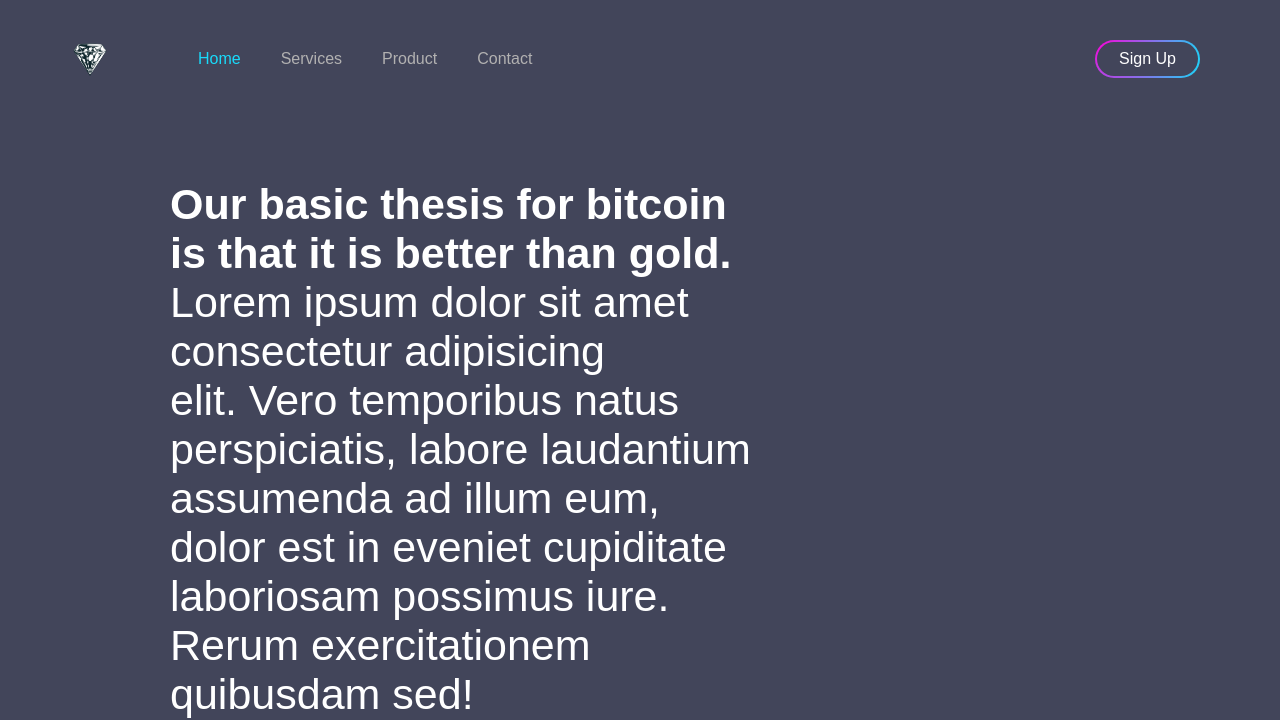
Repository: Aakarshit-Sharma19/Basic-HTML-and-CSS-Page-
Page: index.html
An editor plug-in stored every save of this project. The page is shown before and after the next save, followed by the edit.
The browser window is 1280 px wide. The pictures show the whole page.

Above is the page before, as saved 2020-11-10 15:26:52.

### index.html
<!DOCTYPE html>
<html lang="en">

<head>
    <title>Crypto Currency Web App - Easy Tutorials</title>
    <link rel="stylesheet" href="style.css">
</head>

<body>
    <div class="container">
        <div class="menu">
            <ul>
                <li class="logo"><img src="1349.png" alt="diamond"></li>
                <li class="active">Home</li>
                <li>Services</li>
                <li>Product</li>
                <li>Contact</li>
                <li><a href="#" class="signup-btn"><span>Sign Up</span></a></li>
            </ul>
        </div>
        <div class="banner">
            <div class="app-text">
                <h1>Our basic thesis for bitcoin <br> is that it is better than gold.</h1>
                <p>Lorem ipsum dolor sit amet consectetur adipisicing <br>elit. Vero temporibus natus perspiciatis,
                    labore
                    laudantium assumenda ad illum eum,<br> dolor est in eveniet cupiditate laboriosam possimus iure.
                    Rerum
                    exercitationem quibusdam sed!</p>
            </div>
        </div>
    </div>
</body>

</html>

### style.css
* {
    margin: 0;
    padding: 0;
    font-family: sans-serif;
}

body{
    background: #42455a;
}
.container{
    width: 100%;
    height: 100%;
}

.menu ul{
    display: inline-flex;
    margin: 50px;
}

.menu ul li{
    list-style: none;
    margin: 0 20px;
    color: #b2b1b1;
    cursor: pointer;
}

.logo img{
    width: 40px;
    margin-top: -12px;
    margin-right: 48px;
}

.active{
    color: #19dafa!important;
}

.signup-btn{
    top: 40px;
    right: 80px;
    position: absolute;
    text-decoration: none;
    color: #fff;
    border: 2px solid transparent;
    border-radius: 20px;
    background-image: linear-gradient(#42455a, #42455a), radial-gradient(circle at top left, #fd00da, #19d7f8);
    background-origin: border-box;
    background-clip: content-box,border-box;
}

.signup-btn span{
    display: block;
    padding: 8px 22px;
}

.banner{
    width: 80%;
    height: 70%;
    top: 25%;
    left: 130px;
    position: absolute;
    color: #fff;
}

.app-text{
    width: 50%;
    float: left;
}

.app-text h1{
    font-size: 43px;
    width: 640px;
    position: relative;
    margin-left: 40px;
}

.app-text p{
    font-size: 43px;
    width: 640px;
    position: relative;
    margin-left: 40px;
}

After the next save:
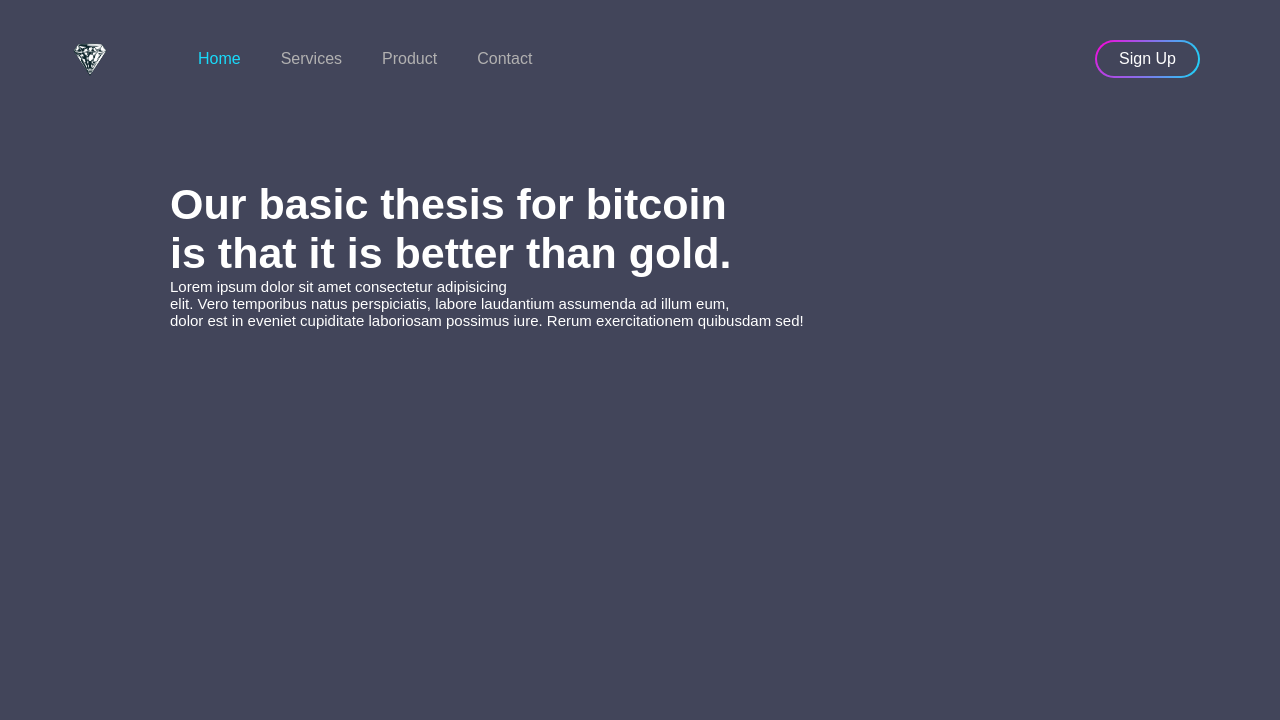
Saved 15 s later.
--- a/style.css
+++ b/style.css
@@ -74,8 +74,8 @@ body{
 }
 
 .app-text p{
-    font-size: 43px;
-    width: 640px;
+    font-size: 15px;
+    width: 650px;
     position: relative;
     margin-left: 40px;
 }
